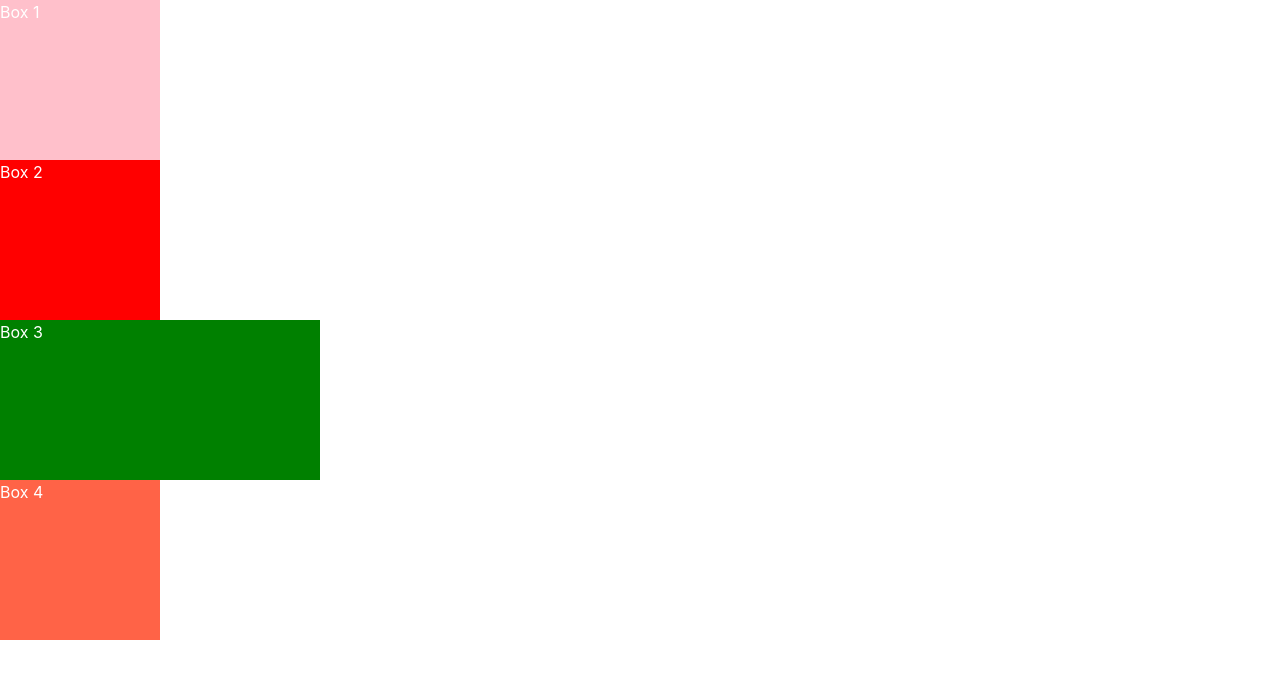
Repository: noutijo/learn-in-depth-chakra-ui
Page: /
An editor plug-in stored every save of this project. The page is shown before and after a run of saves, followed by the edit.
The browser window is 1280 px wide. The pictures show the whole page.
The project was rebuilt for these pictures with package versions that can differ from the ones it lists, and the page was loaded fresh each time. Also part of the build but not shown: vite.config.ts.

Above is the page before, as saved 2023-01-30 13:14:16.

After the next 2 saves:
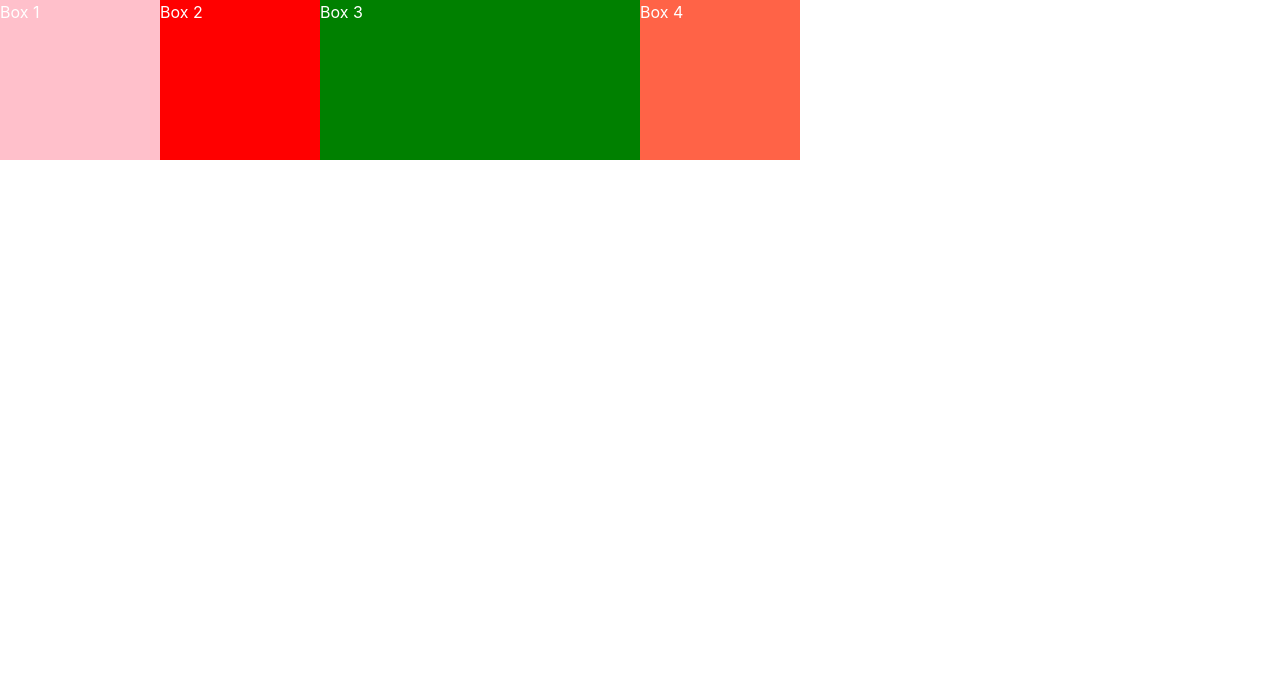
The 2 saves are shown as one change because they came seconds apart.
The last was saved 7 s later.
--- a/src/App.tsx
+++ b/src/App.tsx
@@ -5,12 +5,11 @@ function App() {
   return (
     <div className="App">
       <Flex>
-
-      </Flex>
       <Box bg="pink" w="10rem" h="10rem" color="white"> Box 1</Box>
       <Box bg="red" w="10rem" h="10rem" color="white"> Box 2</Box>
       <Box bg="green" w="20rem" h="10rem" color="white"> Box 3</Box>
       <Box bg="tomato" w="10rem" h="10rem" color="white"> Box 4</Box>
+      </Flex>
     </div>
   )
 }
